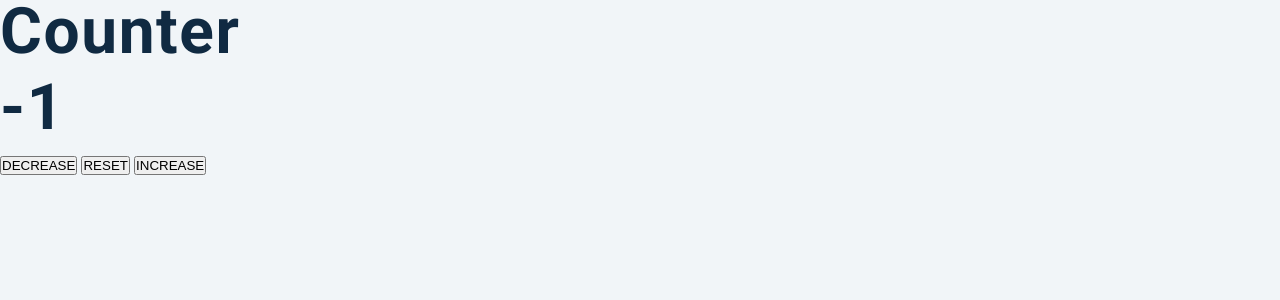
Repository: hseunghwan/practice-vanilla-javascript
Page: Counter/Counter.html
These files come from the project's save history. The page is drawn as it stood at one moment and after the next save; the edit follows.
The browser window is 1280 px wide. The pictures show the whole page.
After loading, the first visible `button.btn` was clicked once.

Above is the page before, as saved 2023-05-09 20:51:48.

### Counter/Counter.html
<!DOCTYPE html>
<html>
    <head>
        <meta charset="utf-8" />
        <title>Counter</title>
        <link href="../styles.css" rel="stylesheet" />
        <script src="app.js"></script>
    </head>
    <body>
        <h1>Counter</h1>
        <h1 id="counter">0</h1>
        <div class="bottonbox">
            <button class="btn decrease">DECREASE</button>
            <button class="btn reset">RESET</button>
            <button class="btn increase">INCREASE</button>
        </div>
    </body>
</html>

### styles.css
/*
===============
Fonts
===============
*/
@import url("https://fonts.googleapis.com/css?family=Open+Sans|Roboto:400,700&display=swap");

/*
===============
Variables
===============
*/

:root {
    /* dark shades of primary color*/
    --clr-primary-1: hsl(205, 86%, 17%);
    --clr-primary-2: hsl(205, 77%, 27%);
    --clr-primary-3: hsl(205, 72%, 37%);
    --clr-primary-4: hsl(205, 63%, 48%);
    /* primary/main color */
    --clr-primary-5: hsl(205, 78%, 60%);
    /* lighter shades of primary color */
    --clr-primary-6: hsl(205, 89%, 70%);
    --clr-primary-7: hsl(205, 90%, 76%);
    --clr-primary-8: hsl(205, 86%, 81%);
    --clr-primary-9: hsl(205, 90%, 88%);
    --clr-primary-10: hsl(205, 100%, 96%);
    /* darkest grey - used for headings */
    --clr-grey-1: hsl(209, 61%, 16%);
    --clr-grey-2: hsl(211, 39%, 23%);
    --clr-grey-3: hsl(209, 34%, 30%);
    --clr-grey-4: hsl(209, 28%, 39%);
    /* grey used for paragraphs */
    --clr-grey-5: hsl(210, 22%, 49%);
    --clr-grey-6: hsl(209, 23%, 60%);
    --clr-grey-7: hsl(211, 27%, 70%);
    --clr-grey-8: hsl(210, 31%, 80%);
    --clr-grey-9: hsl(212, 33%, 89%);
    --clr-grey-10: hsl(210, 36%, 96%);
    --clr-white: #fff;
    --clr-red-dark: hsl(360, 67%, 44%);
    --clr-red-light: hsl(360, 71%, 66%);
    --clr-green-dark: hsl(125, 67%, 44%);
    --clr-green-light: hsl(125, 71%, 66%);
    --clr-black: #222;
    --ff-primary: "Roboto", sans-serif;
    --ff-secondary: "Open Sans", sans-serif;
    --transition: all 0.3s linear;
    --spacing: 0.1rem;
    --radius: 0.25rem;
    --light-shadow: 0 5px 15px rgba(0, 0, 0, 0.1);
    --dark-shadow: 0 5px 15px rgba(0, 0, 0, 0.2);
    --max-width: 1170px;
    --fixed-width: 620px;
}
/*
===============
Global Styles
===============
*/

*,
::after,
::before {
    margin: 0;
    padding: 0;
    box-sizing: border-box;
}
body {
    font-family: var(--ff-secondary);
    background: var(--clr-grey-10);
    color: var(--clr-grey-1);
    line-height: 1.5;
    font-size: 0.875rem;
}
ul {
    list-style-type: none;
}
a {
    text-decoration: none;
}
h1,
h2,
h3,
h4 {
    letter-spacing: var(--spacing);
    text-transform: capitalize;
    line-height: 1.25;
    margin-bottom: 0.75rem;
    font-family: var(--ff-primary);
}
h1 {
    font-size: 3rem;
}
h2 {
    font-size: 2rem;
}
h3 {
    font-size: 1.25rem;
}
h4 {
    font-size: 0.875rem;
}
p {
    margin-bottom: 1.25rem;
    color: var(--clr-grey-5);
}
@media screen and (min-width: 800px) {
    h1 {
        font-size: 4rem;
    }
    h2 {
        font-size: 2.5rem;
    }
    h3 {
        font-size: 1.75rem;
    }
    h4 {
        font-size: 1rem;
    }
    body {
        font-size: 1rem;
    }
    h1,
    h2,
    h3,
    h4 {
        line-height: 1;
    }
}
/*  global classes */

/* section */
.section {
    padding: 5rem 0;
}

.section-center {
    width: 90vw;
    margin: 0 auto;
    max-width: 1170px;
}
@media screen and (min-width: 992px) {
    .section-center {
        width: 95vw;
    }
}
main {
    min-height: 100vh;
    display: grid;
    place-items: center;
}

/*
===============
Nav
===============
*/
nav {
    background: var(--clr-white);
    height: 3rem;
    display: grid;
    align-items: center;
    box-shadow: var(--dark-shadow);
}
.nav-center {
    width: 90vw;
    max-width: var(--fixed-width);
    margin: 0 auto;
    display: flex;
    align-items: center;
    justify-content: space-between;
}
.nav-center h4 {
    margin-bottom: 0;
    color: var(--clr-primary-5);
}
.nav-links {
    display: flex;
}
nav a {
    text-transform: capitalize;
    font-weight: 700;
    font-size: 1rem;
    color: var(--clr-primary-1);
    letter-spacing: var(--spacing);
    margin-right: 1rem;
}
nav a:hover {
    color: var(--clr-primary-5);
}
/*
===============
Container
===============
*/
main {
    min-height: calc(100vh - 3rem);
    display: grid;
    place-items: center;
}
.container {
    text-align: center;
}
.container h2 {
    background: var(--clr-black);
    color: var(--clr-white);
    padding: 1rem;
    border-radius: var(--radius);
    margin-bottom: 2.5rem;
}
.color {
    color: var(--clr-primary-5);
}
.btn-hero {
    font-family: var(--ff-primary);
    text-transform: uppercase;
    background: transparent;
    color: var(--clr-black);
    letter-spacing: var(--spacing);
    display: inline-block;
    font-weight: 700;
    transition: var(--transition);
    border: 2px solid var(--clr-black);
    cursor: pointer;
    box-shadow: 0 1px 3px rgba(0, 0, 0, 0.2);
    border-radius: var(--radius);
    font-size: 1rem;
    padding: 0.75rem 1.25rem;
}
.btn-hero:hover {
    color: var(--clr-white);
    background: var(--clr-black);
}

### Counter/app.js
window.onload = () => {
    let num = 0;
    const counter = document.querySelector("#counter");
    const btns = document.querySelectorAll(".btn");

    btns.forEach((btn) => {
        btn.addEventListener("click", (e) => {
            const styles = e.currentTarget.classList;
            if (styles.contains("decrease")) num--;
            else if (styles.contains("reset")) num = 0;
            else num++;
            counter.textContent = num;
        });
    });
};

After the next save:
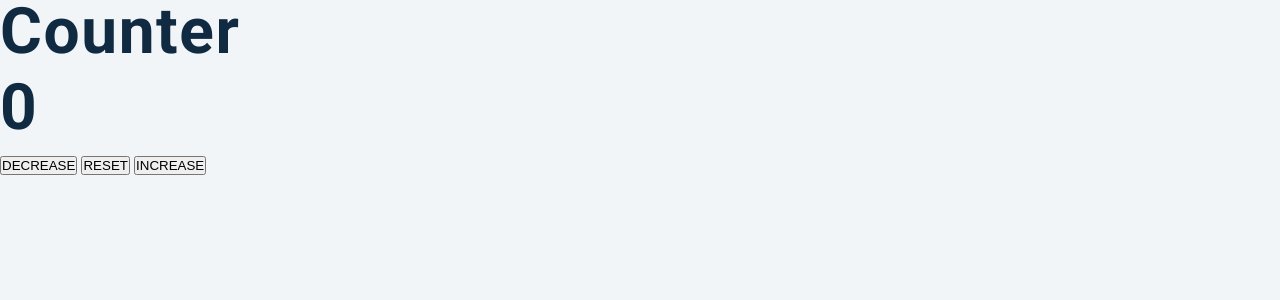
Saved 23 s later.
--- a/Counter/app.js
+++ b/Counter/app.js
@@ -6,9 +6,9 @@
     btns.forEach((btn) => {
         btn.addEventListener("click", (e) => {
             const styles = e.currentTarget.classList;
-            if (styles.contains("decrease")) num--;
-            else if (styles.contains("reset")) num = 0;
-            else num++;
+            if (styles.contains("dcrease")) num--;
+            if (styles.contains("reset")) num = 0;
+            if (styles.contains("increase")) num++;
             counter.textContent = num;
         });
     });

After the save that followed:
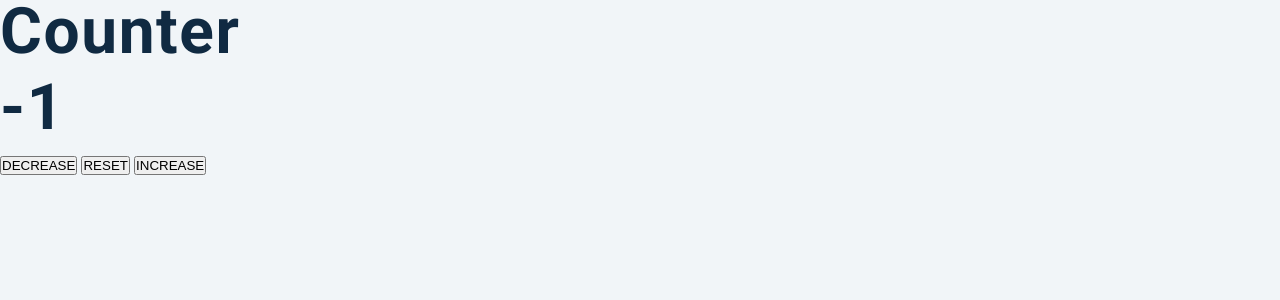
Saved 10 s later.
--- a/Counter/app.js
+++ b/Counter/app.js
@@ -6,7 +6,7 @@
     btns.forEach((btn) => {
         btn.addEventListener("click", (e) => {
             const styles = e.currentTarget.classList;
-            if (styles.contains("dcrease")) num--;
+            if (styles.contains("decrease")) num--;
             if (styles.contains("reset")) num = 0;
             if (styles.contains("increase")) num++;
             counter.textContent = num;
